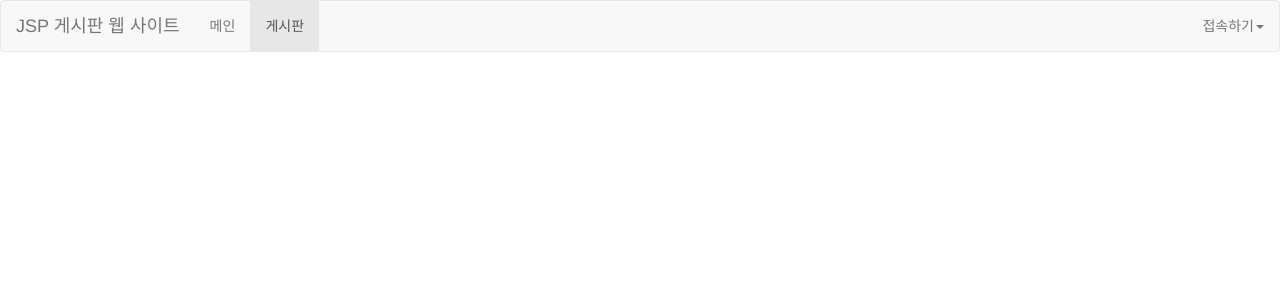
Repository: JoYuKang/Clone_Code
Page: http://localhost/BBS/bbs.jsp
The author's editor kept a copy of each file at every save. The page is drawn from the files as they stood at one save, then again after the next save.
The browser window is 1280 px wide. The pictures show the whole page.
Some web libraries are served in a nearby version. The page is served by Tomcat 9.

Above is the page before, as saved 2021-01-21 05:07:20.

After the next save:
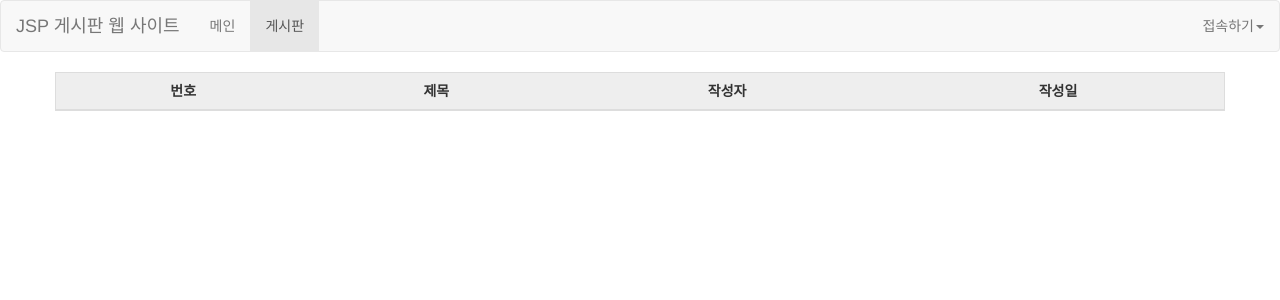
Saved 3 min 38 s later.
--- a/게시판/project/BBS/WebContent/bbs.jsp
+++ b/게시판/project/BBS/WebContent/bbs.jsp
@@ -62,6 +62,23 @@
 
 		</div>
 	</nav>
+	<div class="container">
+		<div class="row">
+			<table class = "table table-striped" style="text-align:center; border: 1px solid #dddddd">
+				<thead>
+					<tr>
+						<th style="background-color: #eeeeee; text-align:center;">번호</th>
+						<th style="background-color: #eeeeee; text-align:center;">제목</th>
+						<th style="background-color: #eeeeee; text-align:center;">작성자</th>
+						<th style="background-color: #eeeeee; text-align:center;">작성일</th>
+					</tr>
+				</thead>
+			</table>
+		</div>
+
+	</div>
+
+
 	<script src="http://code.jquery.com/jquery-3.1.1.min.js"></script>
 	<script src="js/bootstrap.js"></script>
 </body>
